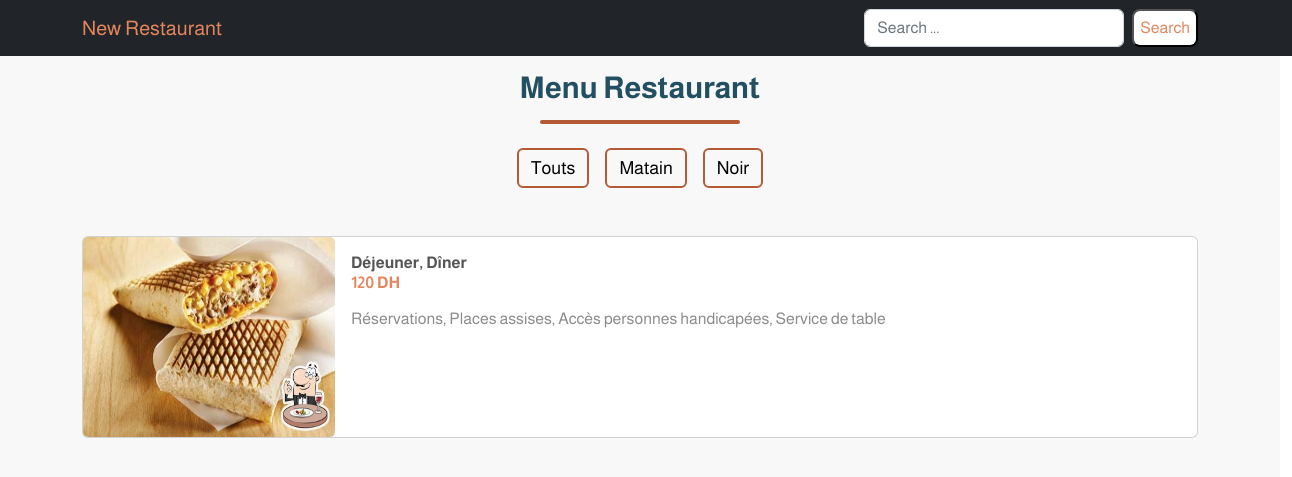
Repository: SD-Mdouka/react-table
Page: /
These files come from the project's save history. The page is drawn as it stood at one moment and after the next save; the edit follows.
The browser window is 1280 px wide. The page is 1292 px wide, so the pictures cover 1292 px, including what lies to the right of the window. The pictures show the whole page.
The project was rebuilt for these pictures with package versions that can differ from the ones it lists, and the page was loaded fresh each time.

Above is the page before, as saved 2022-10-06 17:37:22.

### public/index.html
<!DOCTYPE html>
<html lang="en">

<head>
    <meta charset="utf-8" />
    <link rel="icon" href="%PUBLIC_URL%/favicon.ico" />
    <meta name="viewport" content="width=device-width, initial-scale=1" />
    <meta name="theme-color" content="#000000" />
    <meta name="description" content="Web site created using create-react-app" />
    <link rel="apple-touch-icon" href="%PUBLIC_URL%/logo192.png" />
    <!--
      manifest.json provides metadata used when your web app is installed on a
      user's mobile device or desktop. See https://developers.google.com/web/fundamentals/web-app-manifest/
    -->
    <link rel="manifest" href="%PUBLIC_URL%/manifest.json" />
    <link rel="preconnect" href="https://fonts.googleapis.com" />
    <link rel="preconnect" href="https://fonts.gstatic.com" crossorigin />
    <link href="https://fonts.googleapis.com/css2?family=Almarai:wght@300;400;700;800&family=Cairo:wght@300&display=swap" rel="stylesheet" />

    <link rel="stylesheet" href="https://cdn.jsdelivr.net/npm/bootstrap@5.2.0-beta1/dist/css/bootstrap.min.css" integrity="sha384-0evHe/X+R7YkIZDRvuzKMRqM+OrBnVFBL6DOitfPri4tjfHxaWutUpFmBp4vmVor" crossorigin="anonymous" />
    <title>React App</title>
</head>

<body>
    <noscript>You need to enable JavaScript to run this app.</noscript>
    <div id="root"></div>
    <!--
      This HTML file is a template.
      If you open it directly in the browser, you will see an empty page.

      You can add webfonts, meta tags, or analytics to this file.
      The build step will place the bundled scripts into the <body> tag.

      To begin the development, run `npm start` or `yarn start`.
      To create a production bundle, use `npm run build` or `yarn build`.
    -->
</body>

</html>

### src/App.tsx
import React from "react";
import { Container } from "react-bootstrap";
import "./App.css";
import NavBar from "./components/Navbar";
import Header from "./components/Header";
import Category from "./components/Category";
import ItemsList from "./components/ItemsList";

const App = () => {
  return (
    <div className="color-body font">
      <NavBar />
      <Container>
        <Header />
        <Category />
        <ItemsList />
      </Container>
    </div>
  );
};

export default App;

### src/App.css
.color-body {
    background-color: #f8f8f8;
    height: 100vh;
}

.font {
    font-family: "Almarai", sans-serif;
}

.title {
    color: #224f61;
    font-family: Almarai;
    font-size: 30px;
    font-weight: bold;
    letter-spacing: 0;
    line-height: 64px;
}

.underline {
    height: 1px;
    width: 200px;
    border-radius: 10px;
    border: 2px solid #b45b35;
    background-color: #e4865d;
}

.btn {
    color: black !important;
    font-family: Almarai !important;
    font-size: 18px !important;
    letter-spacing: 0 !important;
    line-height: 24px !important;
    border: 2px solid #b45b35 !important;
}

.btn:hover {
    color: #fff !important;
    font-family: Almarai !important;
    font-size: 18px !important;
    font-weight: bold !important;
    letter-spacing: 0 !important;
    line-height: 24px !important;
    border-radius: 11px !important;
    border: none !important;
    background: #e4865d !important;
    -webkit-border-radius: 11px !important;
    -moz-border-radius: 11px !important;
    -ms-border-radius: 11px !important;
    -o-border-radius: 11px !important;
    transition: all 1s;
    -webkit-transition: all 1s;
    -moz-transition: all 1s;
    -ms-transition: all 1s;
    -o-transition: all 1s;
}

.img-item {
    height: 200px !important;
    width: 252px !important;
    border-radius: 5px;
}

.item-description {
    color: #8c8c8c;
    font-family: Almarai;
    font-size: 16px;
    letter-spacing: 0;
    line-height: 20px;
}

.item-title {
    color: #555555;
    font-family: Almarai;
    font-size: 16px;
    font-weight: bold;
    letter-spacing: 0;
    line-height: 20px;
}

.card-color {
    background-color: #f8f8f8;
}

.item-price {
    color: #e4865d;
    font-family: Almarai;
    font-size: 16px;
    font-weight: bold;
    letter-spacing: 0;
    line-height: 20px;
}

.btn-search {
    color: #e4865d;
    border-radius: 3px solid #e4865d;
    border-radius: 8px;
    background-color: white;
    -webkit-border-radius: 3px solid #e4865d;
    -moz-border-radius: 3px solid #e4865d;
    -ms-border-radius: 3px solid #e4865d;
    -o-border-radius: 3px solid #e4865d;
}

.btn-search:hover {
    color: white;
    border-radius: 3px solid white;
    background-color: #e4865d;
    border-radius: 8px;
    -webkit-border-radius: 3px solid white;
    -moz-border-radius: 3px solid white;
    -ms-border-radius: 3px solid white;
    -o-border-radius: 3px solid white;
}

.brand-color {
    color: #e4865d;
}

### src/components/Navbar.tsx
import { Container, Navbar, Row, Nav, Form } from "react-bootstrap";

const NavBar = () => {
  return (
    <Row>
      <Navbar bg="dark" variant="dark">
        <Container>
          <Navbar.Brand href="#">
            <div className="brand-color">New Restaurant</div>
          </Navbar.Brand>
          <Navbar.Toggle aria-controls="navbarScroll" />
          <Navbar.Collapse id="navbarScroll">
            <Nav
              className="me-auto my-2 my-lg-0"
              style={{ maxHeight: "100px" }}
              navbarScroll
            ></Nav>
            <Form className="d-flex">
              <Form.Control
                type="text"
                placeholder="Search ..."
                className="mx-2"
              />
              <button className="btn-search">Search</button>
            </Form>
          </Navbar.Collapse>
        </Container>
      </Navbar>
    </Row>
  );
};

export default NavBar;

### src/components/Header.tsx
import { Row, Col } from "react-bootstrap";

const Header = () => {
  return (
    <Row>
      <Col sm="12" className="justify-content-center text-center">
        <div className="title">Menu Restaurant</div>
        <div className="justify-content-center d-flex">
          <p className="underline"></p>
        </div>
      </Col>
    </Row>
  );
};

export default Header;

### src/components/Category.tsx
import { Row, Col } from "react-bootstrap";

const Category = () => {
  return (
    <Row className="my-2 mb-5">
      <Col sm="12" className="d-flex justify-content-center">
        <div>
          <button className="btn mx-2">Touts</button>
          <button className="btn mx-2">Matain</button>
          <button className="btn mx-2">Noir</button>
        </div>
      </Col>
    </Row>
  );
};

export default Category;

### src/components/ItemsList.tsx
import { Row, Col, Card } from "react-bootstrap";

const ItemsList = () => {
  return (
    <Row className="">
      <Col sm="12" className="mb-3">
        <Card className="d-flex flex-row">
          <Card.Img
            className="img-item"
            variant="top"
            src="ra68-TACOS-DE-LILLE-food.jpg"
          />
          <Card.Body>
            <Card.Title>
              <div className="item-title">Déjeuner, Dîner</div>
              <div className="item-price">120 DH</div>
            </Card.Title>
            <Card.Text className="py-2">
              <div className="item-description">
                Réservations, Places assises, Accès personnes handicapées,
                Service de table
              </div>
            </Card.Text>
          </Card.Body>
        </Card>
      </Col>
    </Row>
  );
};

export default ItemsList;

Loaded but not shown: src/index.tsx (common file); src/index.css (common file); src/reportWebVitals.ts (common file)

After the next save:
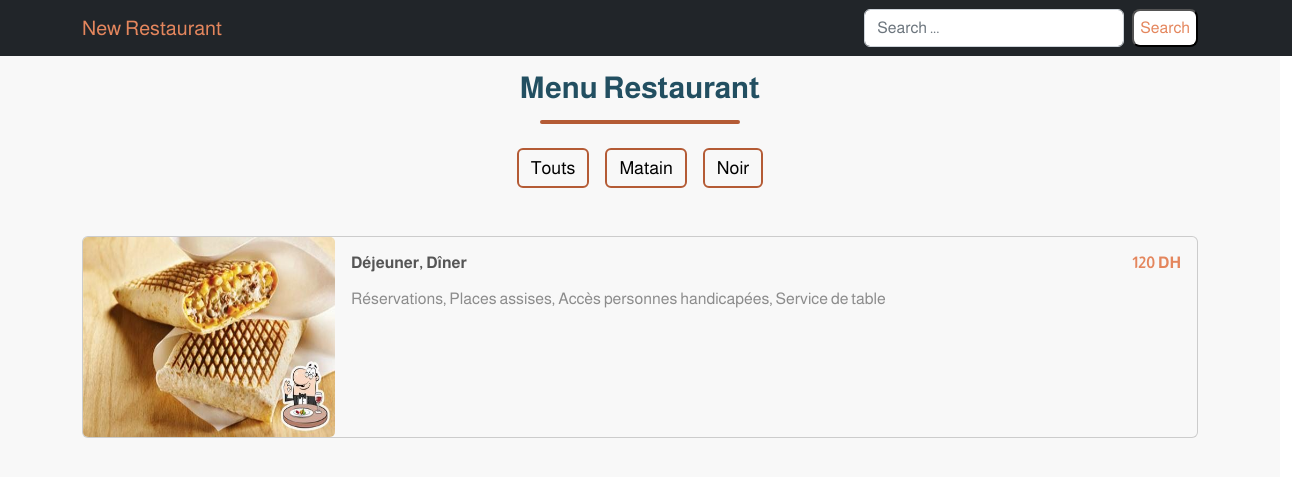
Saved 2 min 46 s later.
--- a/src/components/ItemsList.tsx
+++ b/src/components/ItemsList.tsx
@@ -4,14 +4,17 @@ const ItemsList = () => {
   return (
     <Row className="">
       <Col sm="12" className="mb-3">
-        <Card className="d-flex flex-row">
+        <Card
+          className="d-flex flex-row"
+          style={{ backgroundColor: "#f8f8f8" }}
+        >
           <Card.Img
             className="img-item"
             variant="top"
             src="ra68-TACOS-DE-LILLE-food.jpg"
           />
           <Card.Body>
-            <Card.Title>
+            <Card.Title className="d-flex justify-content-between">
               <div className="item-title">Déjeuner, Dîner</div>
               <div className="item-price">120 DH</div>
             </Card.Title>
